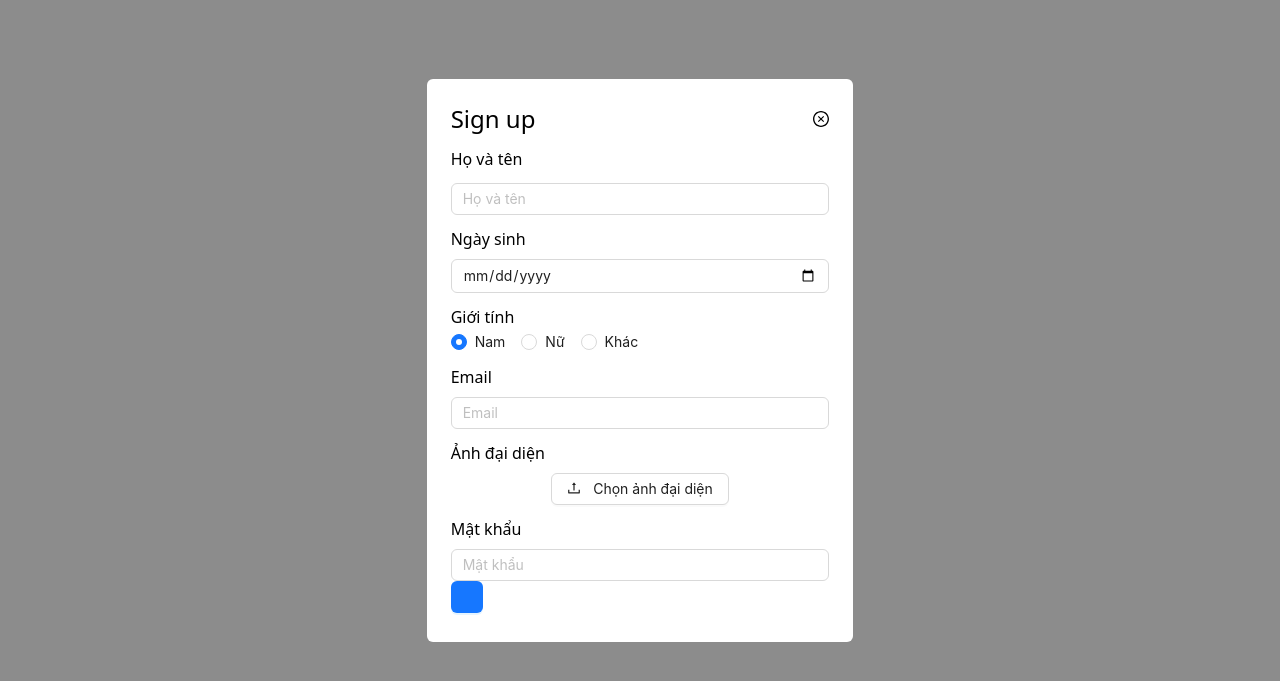
Repository: TinhTT336/MD02_Session14
Page: / (app in client/)
These files come from the project's save history. The page is drawn as it stood at one moment and after the next save; the edit follows.
The browser window is 1280 px wide. The pictures show the whole page.
The project was rebuilt for these pictures with package versions that can differ from the ones it lists, and the page was loaded fresh each time. Also part of the build but not shown: client/vite.config.js, client/src/firebase/configFirebase.js, client/src/components/UploadSingleFile.jsx, client/src/components/register/register.css, client/src/components/register/Register.jsx, client/src/components/register/RegisterWithImg.jsx.

Above is the page before, as saved 2023-09-14 14:30:16.

### client/index.html
<!DOCTYPE html>
<html lang="en">
  <head>
    <meta charset="UTF-8" />
    <link rel="icon" type="image/svg+xml" href="/vite.svg" />
    <meta name="viewport" content="width=device-width, initial-scale=1.0" />
    <title>Vite + React</title>
    <!-- <link
      href="https://cdn.jsdelivr.net/npm/bootstrap@5.0.2/dist/css/bootstrap.min.css"
      rel="stylesheet"
      integrity="sha384-EVSTQN3/azprG1Anm3QDgpJLIm9Nao0Yz1ztcQTwFspd3yD65VohhpuuCOmLASjC"
      crossorigin="anonymous"
    />
    <link
      rel="stylesheet"
      href="https://cdnjs.cloudflare.com/ajax/libs/font-awesome/6.4.2/css/all.min.css"
      integrity="sha512-z3gLpd7yknf1YoNbCzqRKc4qyor8gaKU1qmn+CShxbuBusANI9QpRohGBreCFkKxLhei6S9CQXFEbbKuqLg0DA=="
      crossorigin="anonymous"
      referrerpolicy="no-referrer"
    /> -->
  </head>
  <body>
    <div id="root"></div>
    <script type="module" src="/src/main.jsx"></script>
  </body>
</html>

### client/src/App.jsx

import './App.css'
import UploadSingleFile from './components/UploadSingleFile'
import Register from './components/register/Register'
import RegisterWithImg from './components/register/RegisterWithImg'
import Signup from './components/signup/Signup'

function App() {

  return (
    <>
      {/* <UploadSingleFile /> */}
      {/* <Register /> */}
      {/* <RegisterWithImg /> */}
      <Signup />
    </>
  )
}

export default App

### client/src/components/signup/Signup.jsx
import React, { useState } from 'react';
import { CloseCircleOutlined, UploadOutlined } from "@ant-design/icons";
import { Input, Radio, Button, message, Upload, Space } from 'antd';

export default function Signup() {
    const [gender, setGender] = useState(1);
    const handleCheck = (e) => {
        setGender(e.target.value);
    };
    const props = {
        name: 'file',
        action: 'https://www.mocky.io/v2/5cc8019d300000980a055e76',
        headers: {
            authorization: 'authorization-text',
        },
        onChange(info) {
            if (info.file.status !== 'uploading') {
                console.log(info.file, info.fileList);
            }
            if (info.file.status === 'done') {
                message.success(`${info.file.name} file uploaded successfully`);
            } else if (info.file.status === 'error') {
                message.error(`${info.file.name} file upload failed.`);
            }
        },
    };
    return (
        <>
            <div className='fixed top-0 left-0 right-0 bottom-0 flex items-center justify-center bg-rgba-black'>
                <form className='bg-white p-6 rounded-md w-2/6'>
                    <div className='flex items-center justify-between'>
                        <h3 className='text-2xl'>Sign up</h3>
                        <CloseCircleOutlined className='cursor-pointer hover:bg-slate-300 rounded-full' />
                    </div>
                    <div className='mt-3'>
                        <label htmlFor="name">Họ và tên</label>
                        <Input placeholder="Họ và tên" className='mt-3' name='name' id='name' />
                    </div>
                    <div className='mt-3'>
                        <label htmlFor="dateOfBirth">Ngày sinh</label>
                        <Input placeholder="Ngày sinh" className='mt-2' name='dateOfBirth' id='dateOfBirth' type='date' />
                    </div>
                    <div className='mt-3'>
                        <label htmlFor="dateOfBirth">Giới tính</label>
                        <div>
                            <Radio.Group onChange={handleCheck} value={gender}>
                                <Radio value={1}>Nam</Radio>
                                <Radio value={2}>Nữ</Radio>
                                <Radio value={3}>Khác</Radio>
                            </Radio.Group>
                        </div>
                    </div>
                    <div className='mt-3'>
                        <label htmlFor="email">Email</label>
                        <Input placeholder="Email" className='mt-2' name='email' id='email' type='text' />
                    </div>
                    <div className='mt-3'>
                        <label htmlFor="avatar">Ảnh đại diện</label>
                        <div className='text-center mt-2'>
                            <Upload {...props}>
                                <Button icon={<UploadOutlined />}> Chọn ảnh đại diện</Button>
                            </Upload>
                        </div>
                    </div>
                    <div className='mt-3'>
                        <label htmlFor="password">Mật khẩu</label>
                        <Input placeholder="Mật khẩu" className='mt-2' name='password' id='password' type='password' />
                    </div>
                    <div>
                        <Button type='primary'></Button>
                    </div>
                </form>
            </div>

        </>
    )
}

### client/tailwind.config.js
/** @type {import('tailwindcss').Config} */
export default {
  content: ["./index.html", "./src/**/*.{js,ts,jsx,tsx}"],
  theme: {
    extend: {
      backgroundColor: {
        "rgba-black": "rgba(0,0,0,0.45)",
      },
    },
  },
  plugins: [],
};

Loaded but not shown: client/src/main.jsx (common file); client/src/index.css (common file); client/src/App.css (common file)

After the next save:
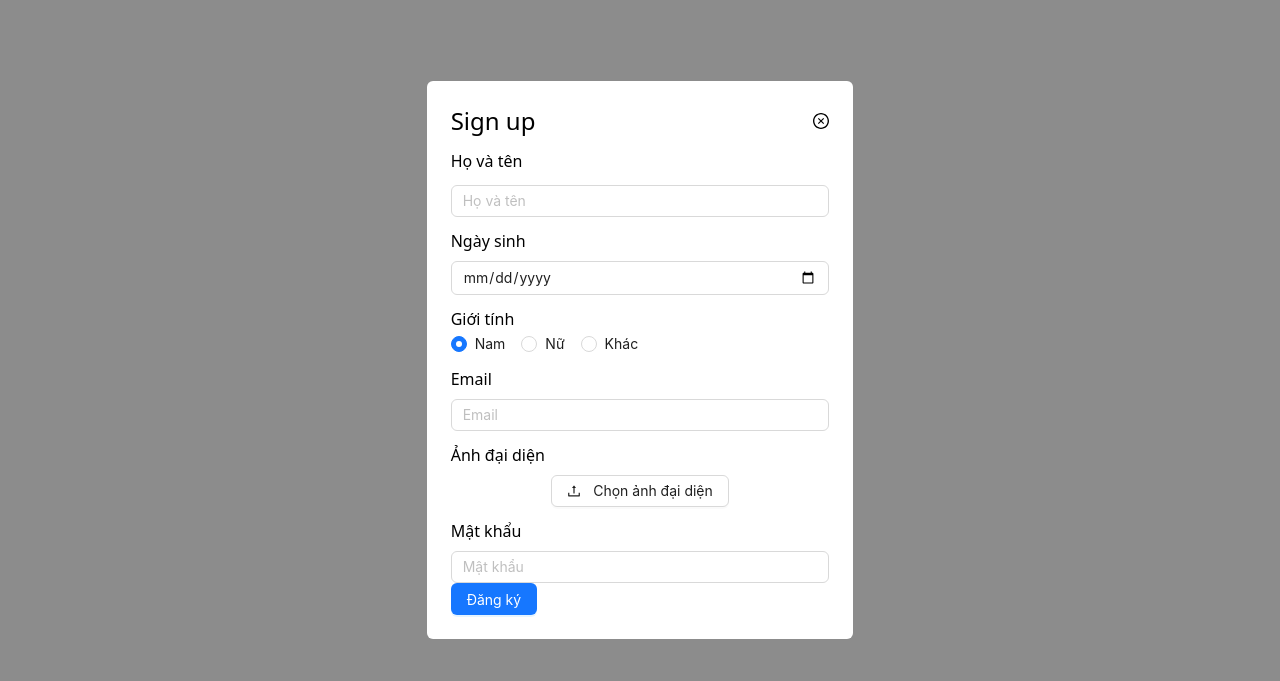
Saved 5 s later.
--- a/client/src/components/signup/Signup.jsx
+++ b/client/src/components/signup/Signup.jsx
@@ -67,7 +67,7 @@ export default function Signup() {
                         <Input placeholder="Mật khẩu" className='mt-2' name='password' id='password' type='password' />
                     </div>
                     <div>
-                        <Button type='primary'></Button>
+                        <Button type='primary'>Đăng ký</Button>
                     </div>
                 </form>
             </div>
